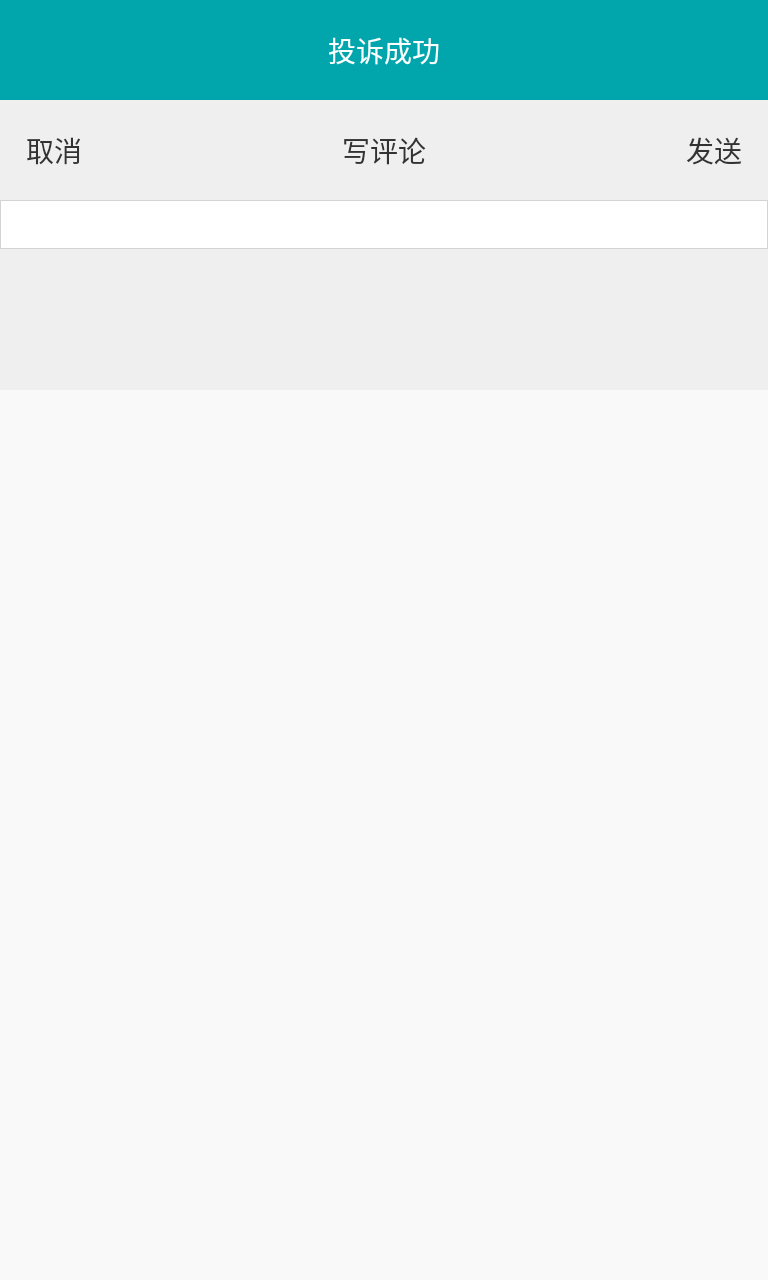
Repository: 2015-Forever/JWD
Layout: Jwd/res/layout/activity_complaint.xml
The author's editor kept a copy of each file at every save. The layout is drawn from the files as they stood at one save, then again after the next save.
It is drawn on a 768 x 1280 px phone screen (xhdpi) without system bars, with theme AppTheme; the app's code is not run.

Above is the layout before, as saved 2015-07-16 07:27:53.

After the next save:
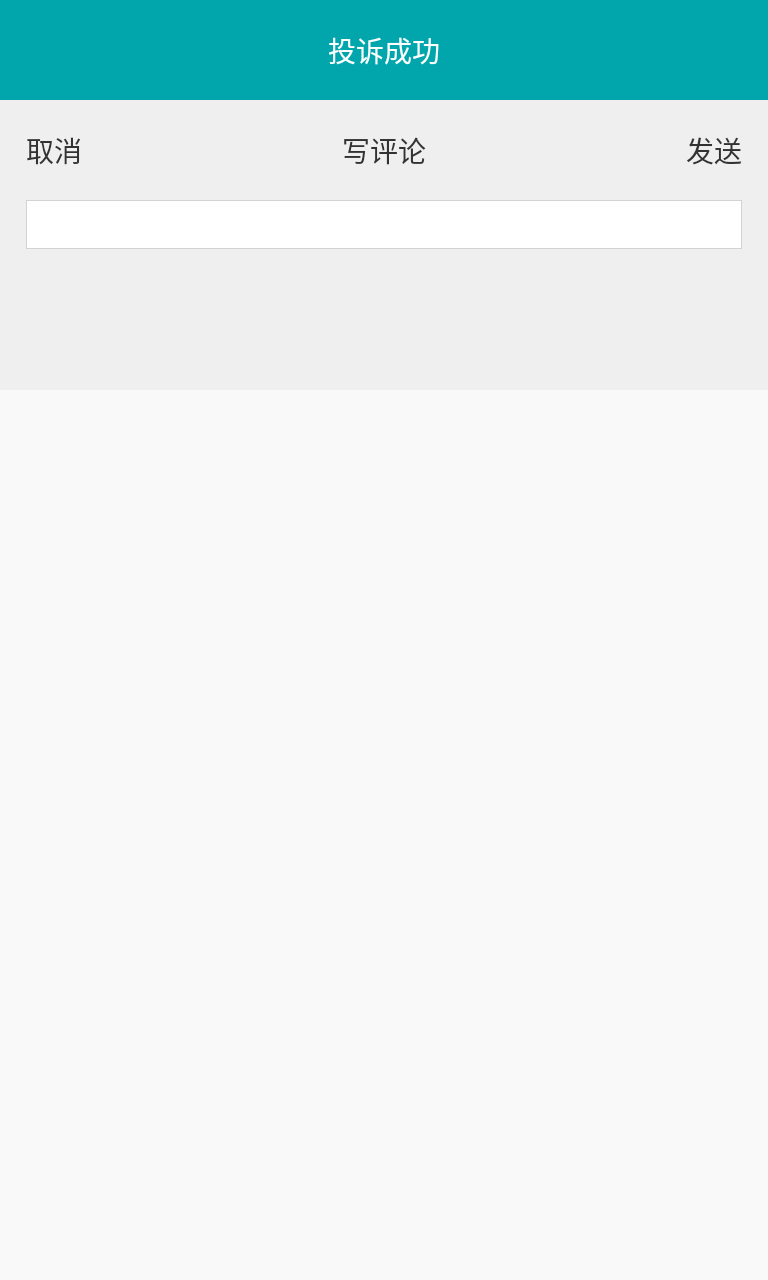
Saved 37 s later.
--- a/Jwd/res/layout/activity_complaint.xml
+++ b/Jwd/res/layout/activity_complaint.xml
@@ -22,15 +22,15 @@
         android:layout_width="match_parent"
         android:layout_height="145dp"
         android:background="#EFEFEF"
-        android:orientation="vertical">
+        android:orientation="vertical"
+        android:paddingLeft="13dp"
+        android:paddingRight="13dp" >
 
         <LinearLayout
             android:layout_width="match_parent"
             android:layout_height="50dp"
             android:gravity="center_vertical"
-            android:orientation="horizontal"
-            android:paddingLeft="13dp"
-            android:paddingRight="13dp" >
+            android:orientation="horizontal" >
 
             <TextView
                 android:layout_width="wrap_content"
